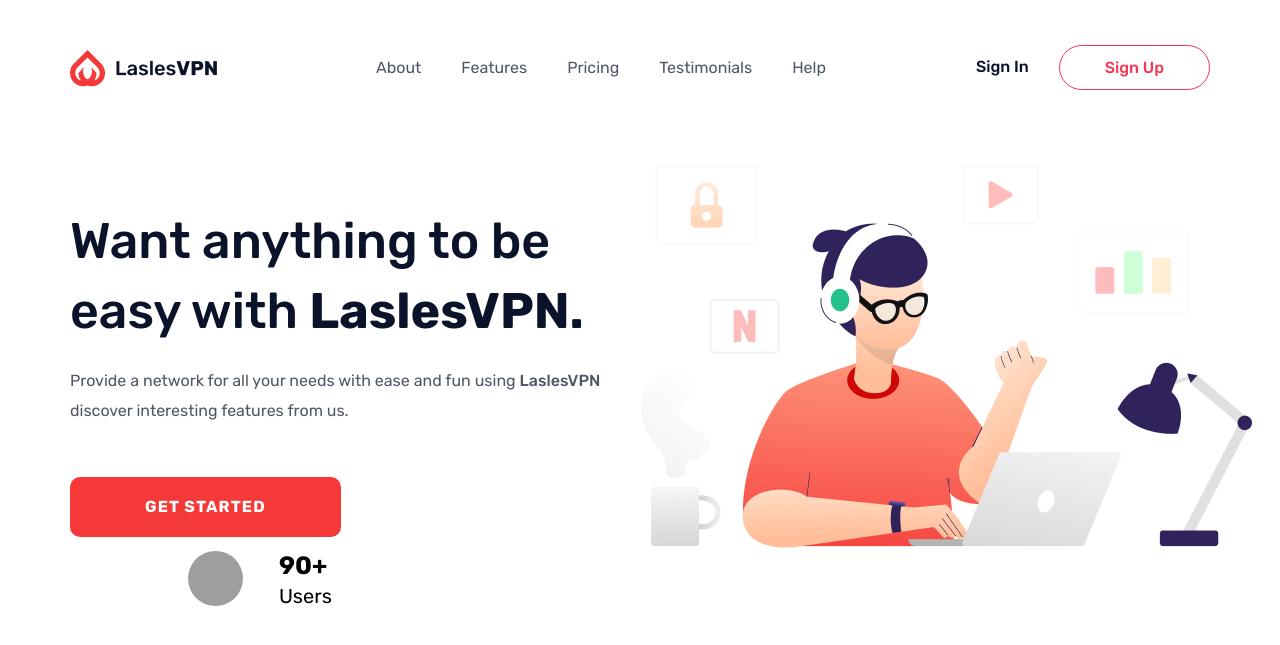
Repository: nafiesallahu/beetroot-fe-g1
Page: Homework10/index.html
These files come from the project's save history. The page is drawn as it stood at one moment and after the next save; the edit follows.
The browser window is 1280 px wide. The pictures show the whole page.
Pictures or frames that could not be fetched are drawn as grey boxes.

Above is the page before, as saved 2021-01-27 19:53:09.

After the next save:
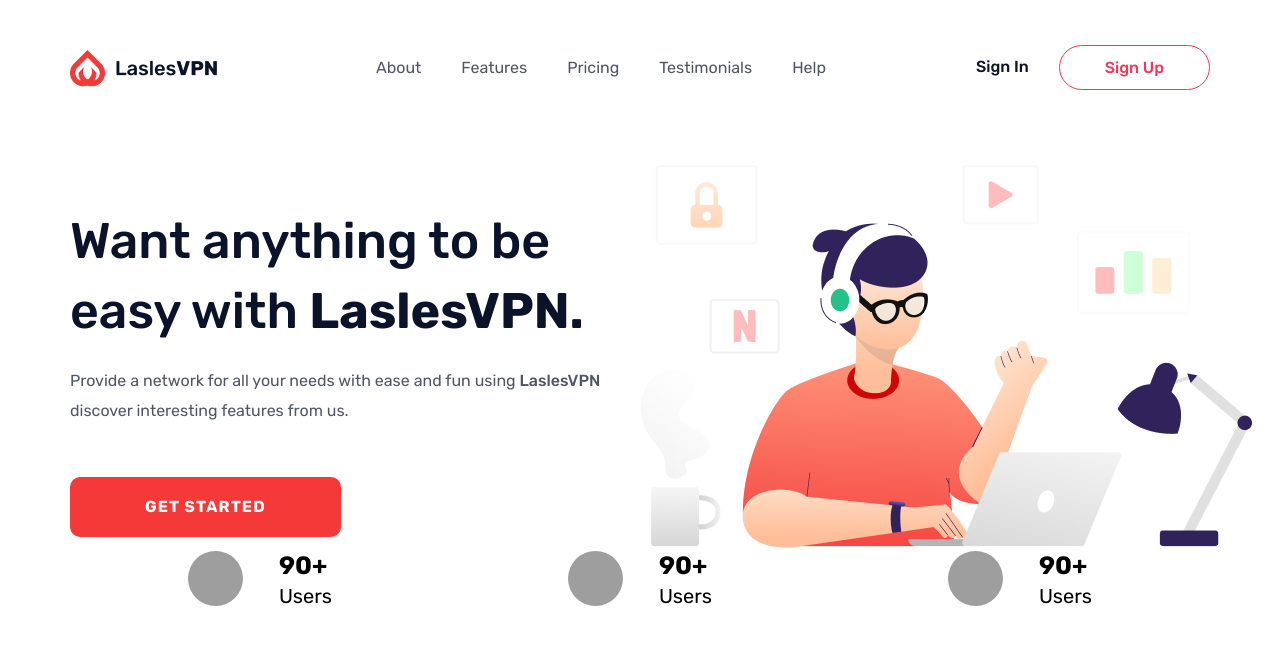
Saved 36 s later.
--- a/Homework10/index.html
+++ b/Homework10/index.html
@@ -56,6 +56,26 @@
             </div>
           </div>
         </div>
+        <div class="column-third">
+          <div class="stat-item">
+            <div class="stat-item__icon icon-user">
+            </div>
+            <div class="stat-item__text">
+              <h4>90+</h4>
+              <p>Users</p>
+            </div>
+          </div>
+        </div>
+        <div class="column-third">
+          <div class="stat-item">
+            <div class="stat-item__icon icon-user">
+            </div>
+            <div class="stat-item__text">
+              <h4>90+</h4>
+              <p>Users</p>
+            </div>
+          </div>
+        </div>
       </div>
     </section>
   </main>
